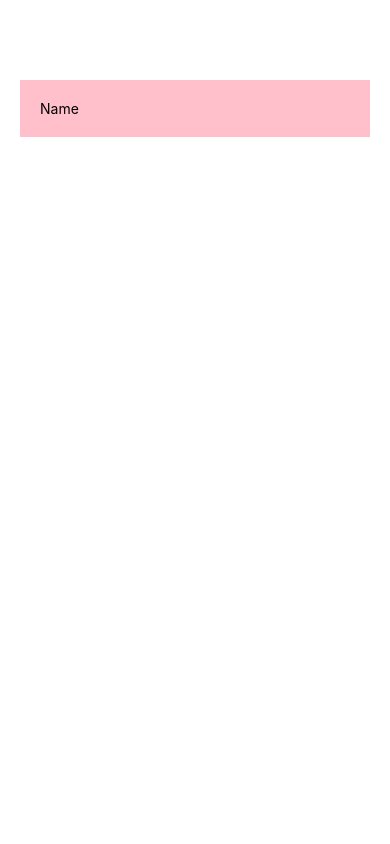
Repository: akinmiday/ReactNativeApp
Screen: /
These files come from the project's save history. The screen is drawn as it stood at one moment and after the next save; the edit follows.
The app was drawn by React Native's web renderer in a window 390 px wide. The project was rebuilt for these pictures with package versions that can differ from the ones it lists, and the page was loaded fresh each time.

Above is the screen before, as saved 2023-08-03 19:04:10.

After the next save:
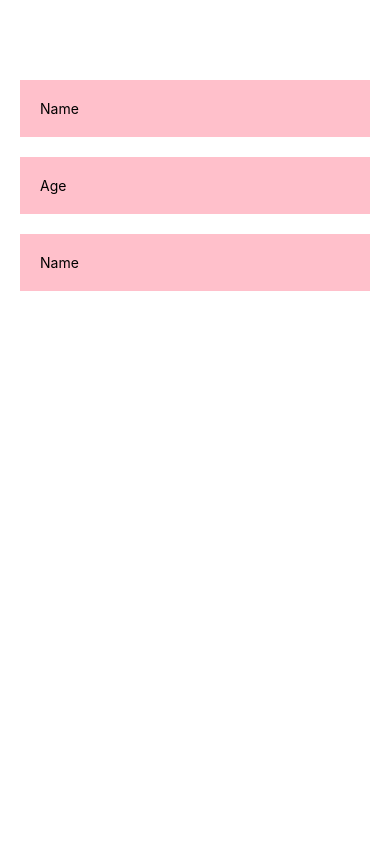
Saved 48 s later.
--- a/App.js
+++ b/App.js
@@ -16,6 +16,16 @@ export default function App() {
         placeholder="Name"
         onChangeText={(text) => setName(text)}
       />
+      <TextInput
+        style={input}
+        placeholder="Age"
+        onChangeText={(text) => setAge(text)}
+      />
+      <TextInput
+        style={input}
+        placeholder="Name"
+        onChangeText={(text) => setName(text)}
+      />
       <Modal visible={false}>
         <View style={container}>
           <Text>Modal Screen</Text>
